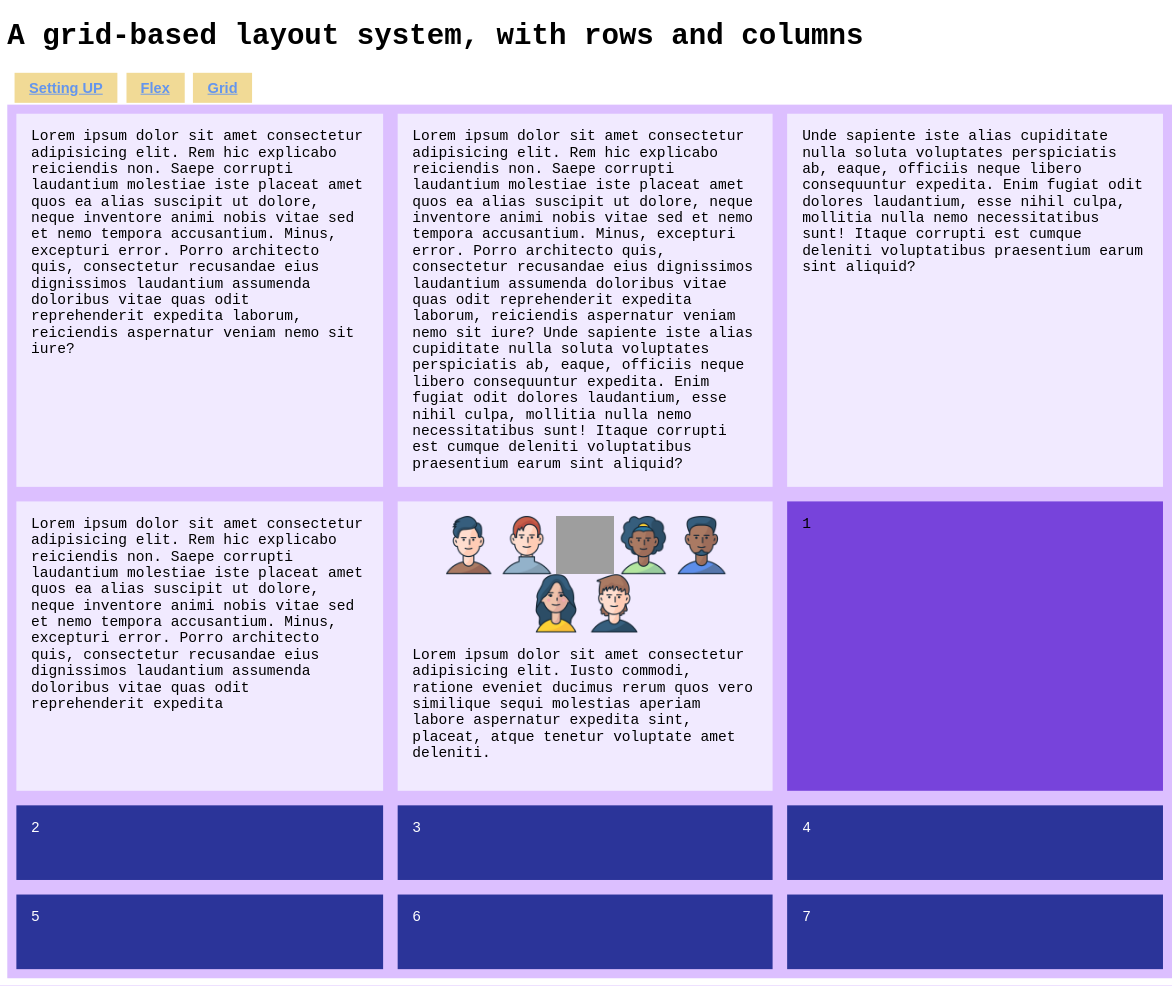
Repository: YingCG/learning-blog
Page: grid.html
An editor plug-in stored every save of this project. The page is shown before and after the next save, followed by the edit.
The browser window is 1280 px wide. The page is 1288 px wide, so the pictures cover 1288 px, including what lies to the right of the window. The pictures show the whole page, at 91% of full size.
Pictures or frames that could not be fetched are drawn as grey boxes.

Above is the page before, as saved 2023-11-15 13:17:05.

After the next save:
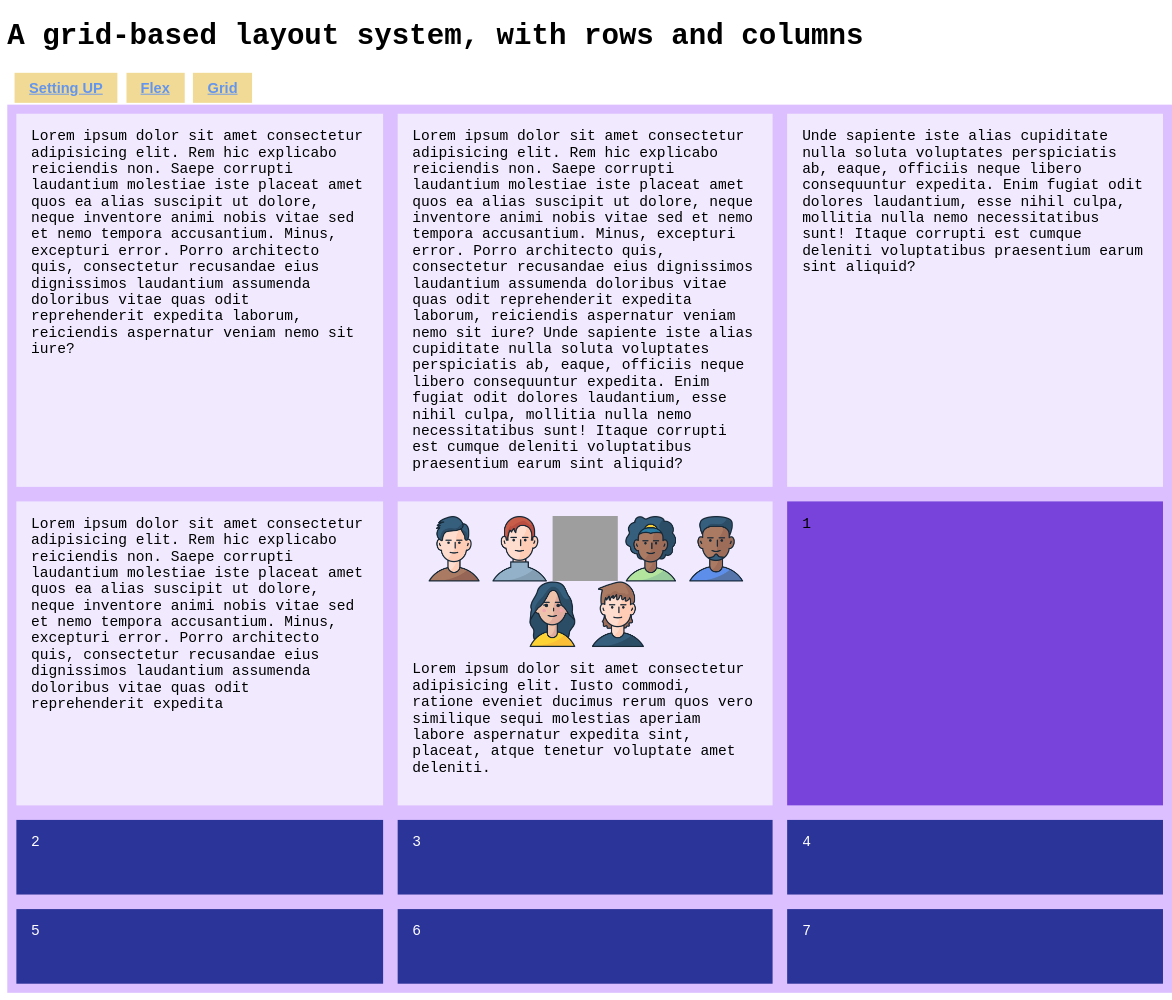
Saved 18 s later.
--- a/style/gridStyle.css
+++ b/style/gridStyle.css
@@ -18,7 +18,7 @@
   flex-wrap: wrap;
 }
 .peoples > img {
-  width: 4rem;
+  width: 4.5rem;
   height: auto;
 }
 
